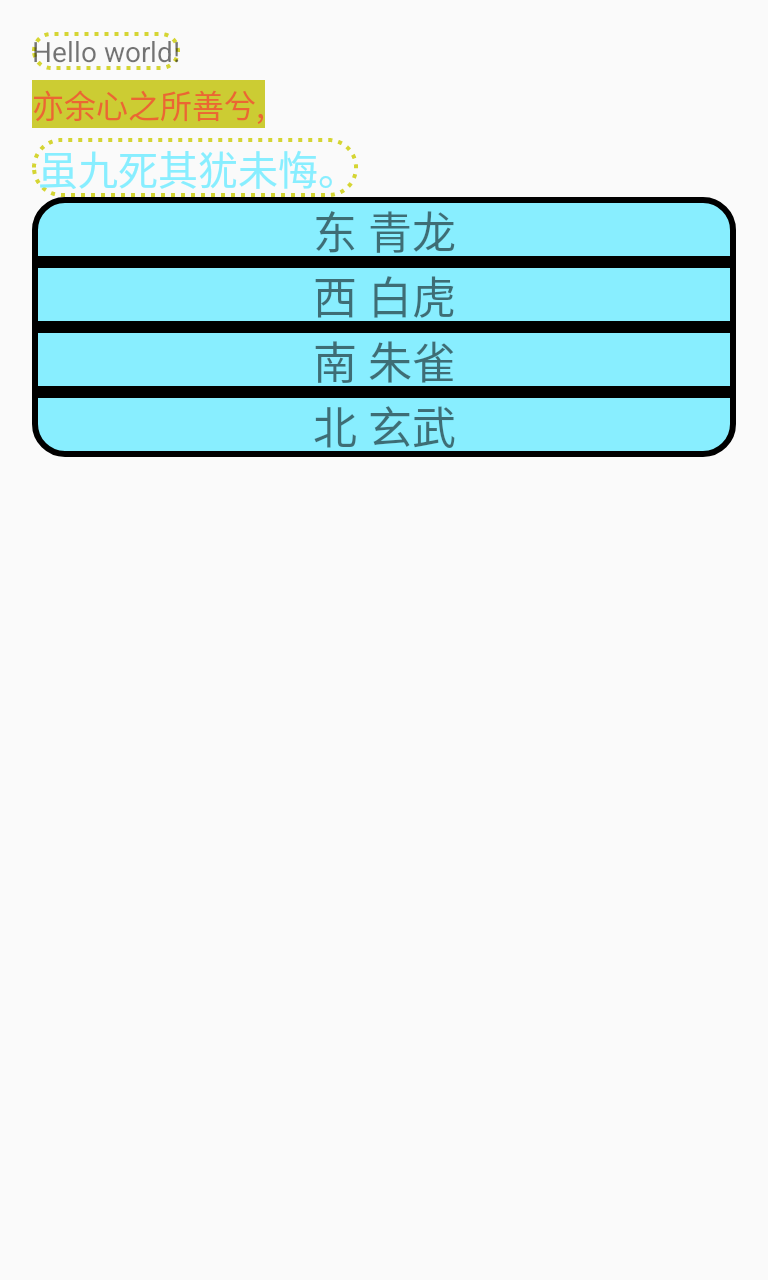
Repository: duhei/cici
Layout: GitHubFrist/res/layout/activity_main.xml
The author's editor kept a copy of each file at every save. The layout is drawn from the files as they stood at one save, then again after the next save.
It is drawn on a 768 x 1280 px phone screen (xhdpi) without system bars, with theme AppTheme; the app's code is not run.

Above is the layout before, as saved 2015-07-10 09:10:15.

After the next save:
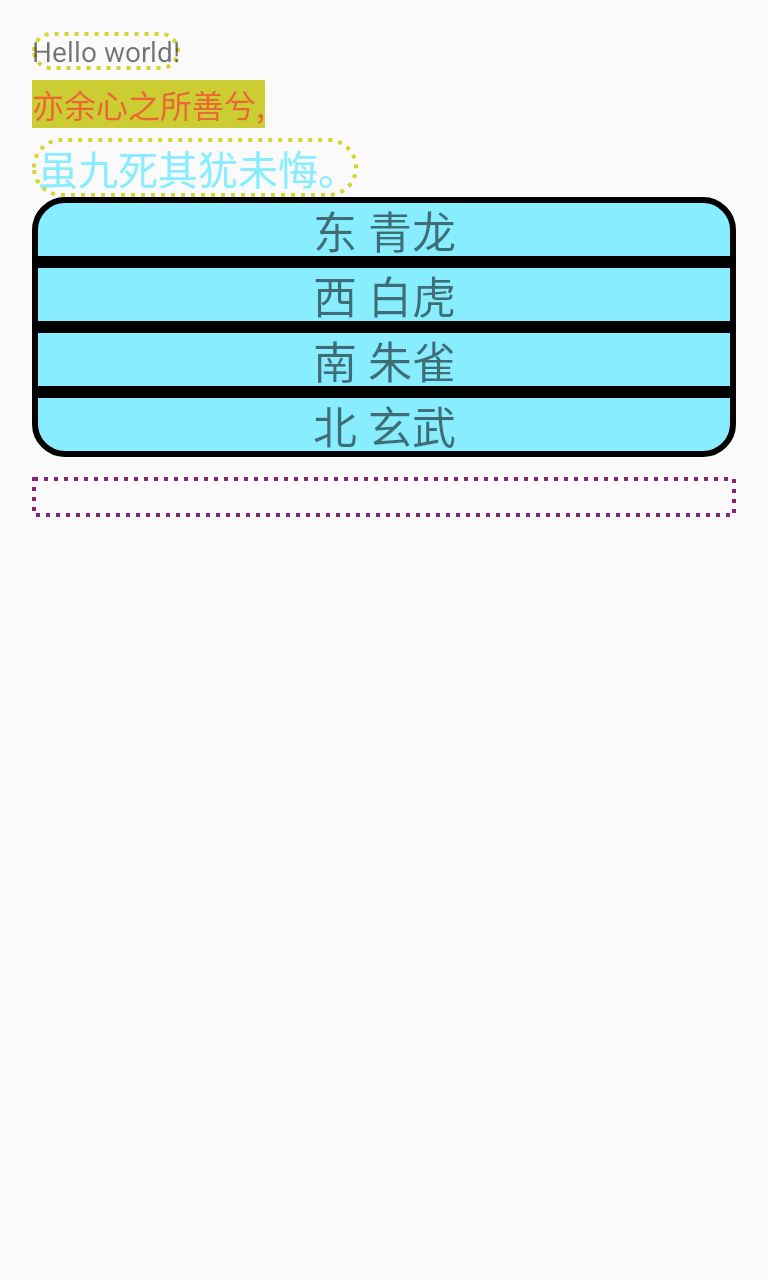
Saved 42 s later.
--- a/GitHubFrist/res/layout/activity_main.xml
+++ b/GitHubFrist/res/layout/activity_main.xml
@@ -72,7 +72,7 @@
 
     <TextView
        	android:layout_width="match_parent"
-       	android:layout_height="2dp"
+       	android:layout_height="20dp"
        	android:layout_marginTop="10dp"
        	android:background="@drawable/line_shape"
         />
